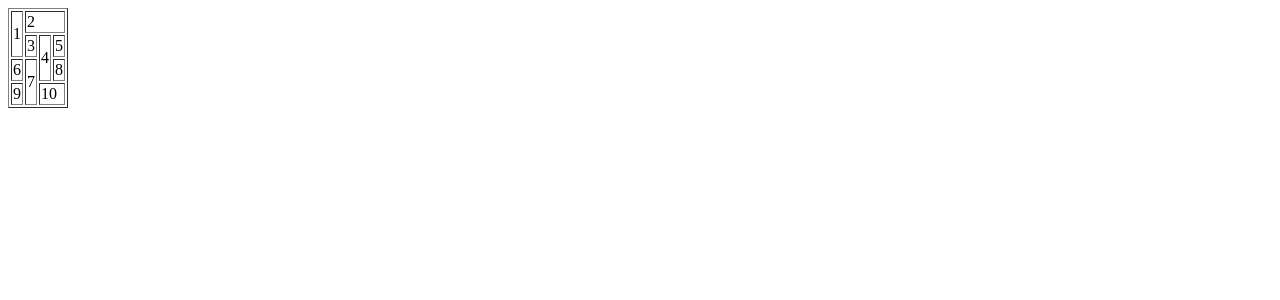
Repository: SeungwanHong/Web-jsp-
Page: 20170413/WebContent/main05.html
An editor plug-in stored every save of this project. The page is shown before and after the next save, followed by the edit.
The browser window is 1280 px wide. The pictures show the whole page.

Above is the page before, as saved 2017-04-13 02:47:49.

After the next save:
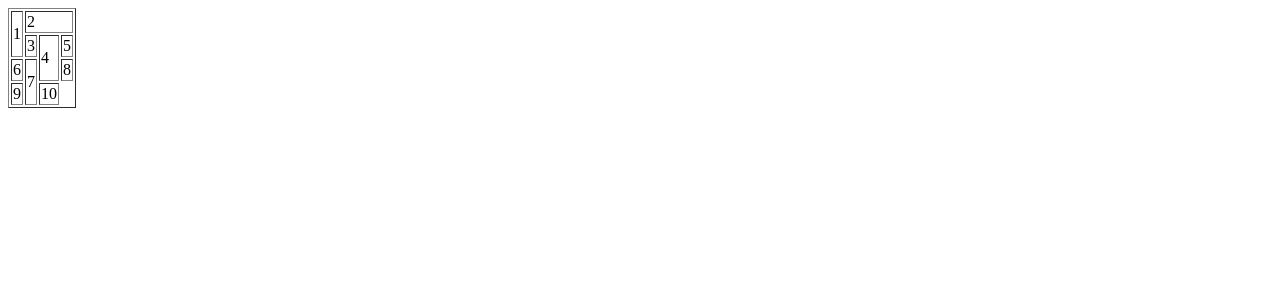
Saved 18 s later.
--- a/20170413/WebContent/main05.html
+++ b/20170413/WebContent/main05.html
@@ -24,7 +24,7 @@
 	</tr>
 	<tr>
 		<td>9</td>
-		<td colspan="2">10</td>
+		<td colspan="">10</td>
 	</tr>
 </table>
 

After the save that followed:
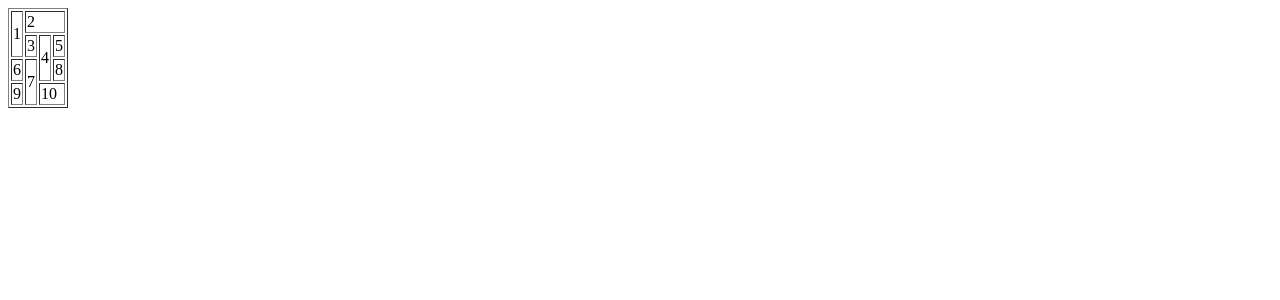
Saved 4 s later.
--- a/20170413/WebContent/main05.html
+++ b/20170413/WebContent/main05.html
@@ -24,7 +24,7 @@
 	</tr>
 	<tr>
 		<td>9</td>
-		<td colspan="">10</td>
+		<td colspan="2">10</td>
 	</tr>
 </table>
 
